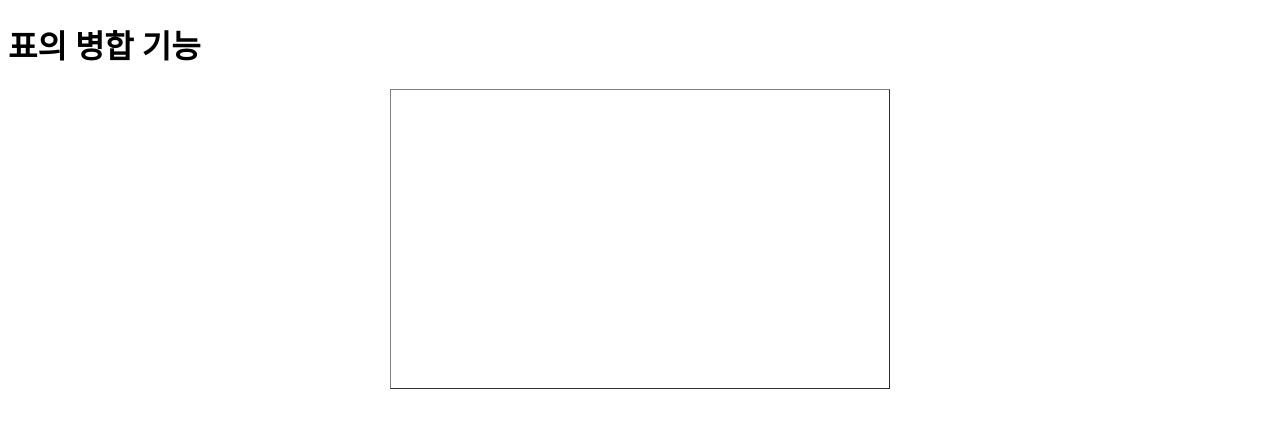
Repository: hui-Joo/html
Page: html/quiz.html
These files come from the project's save history. The page is drawn as it stood at one moment and after the next save; the edit follows.
The browser window is 1280 px wide. The pictures show the whole page.

Above is the page before, as saved 2021-10-04 05:52:05.

After the next save:
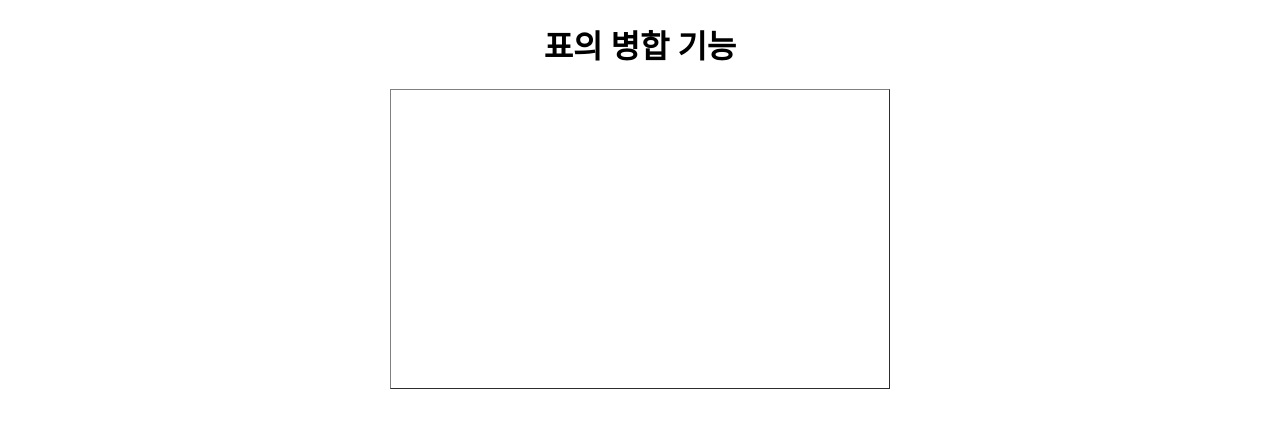
Saved 47 s later.
--- a/html/quiz.html
+++ b/html/quiz.html
@@ -7,7 +7,7 @@
 <body>
 
 
-<th><h1>표의 병합 기능</h1></th>
+<h1 align="center">표의 병합 기능</h1>
 
 <table border="1" align="center" height="300" width="500">
 
